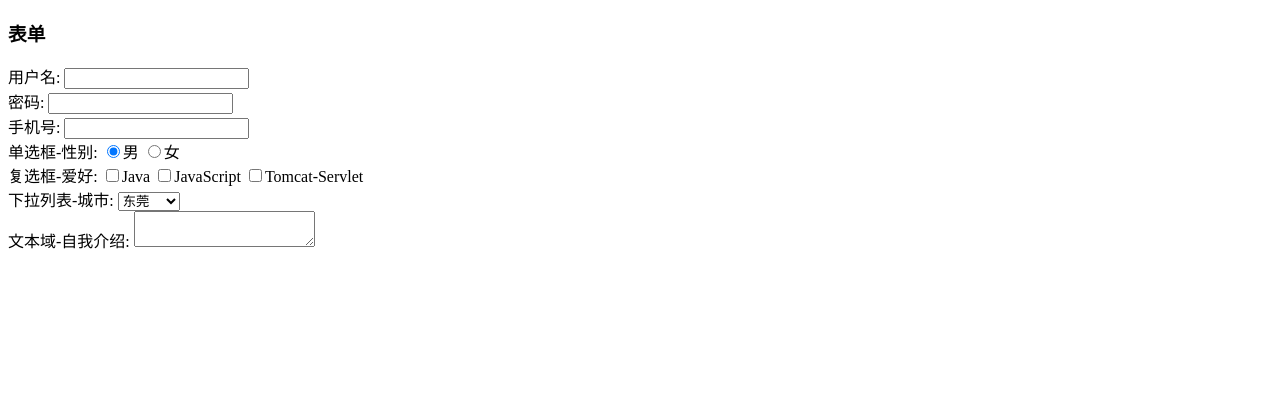
Repository: qyl1006/JavaApps
Page: workspace/web-01-html/WebContent/task02/input2.html
The author's editor kept a copy of each file at every save. The page is drawn from the files as they stood at one save, then again after the next save.
The browser window is 1280 px wide. The pictures show the whole page.

Above is the page before, as saved 2018-03-02 07:24:51.

After the next save:
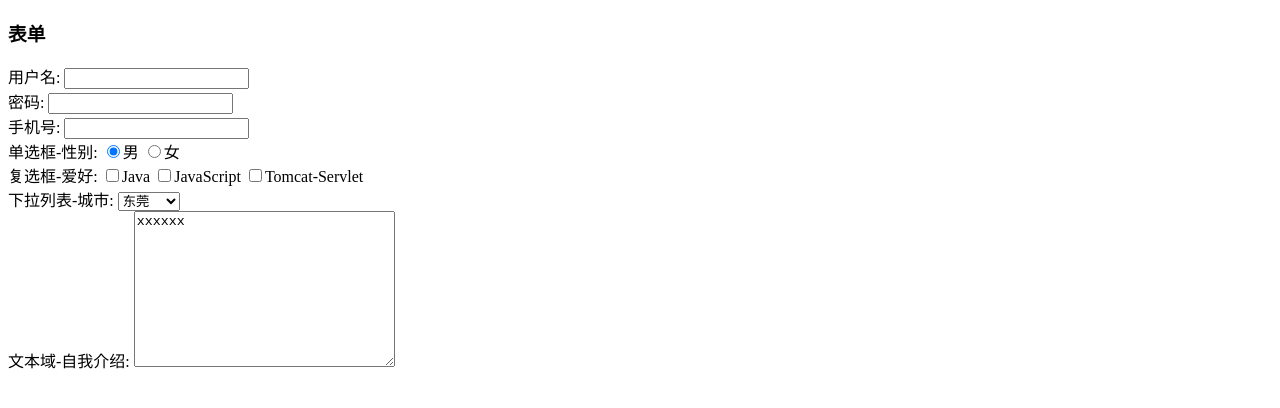
Saved 37 s later.
--- a/workspace/web-01-html/WebContent/task02/input2.html
+++ b/workspace/web-01-html/WebContent/task02/input2.html
@@ -24,7 +24,7 @@
 						<option value="3">深圳</option>
 					</select>	<br>
 
-		文本域-自我介绍: <textarea></textarea>
+		文本域-自我介绍: <textarea name="onfo" rows="10" cols="30">xxxxxx</textarea>
 	</form>
 </body>
 </html>
